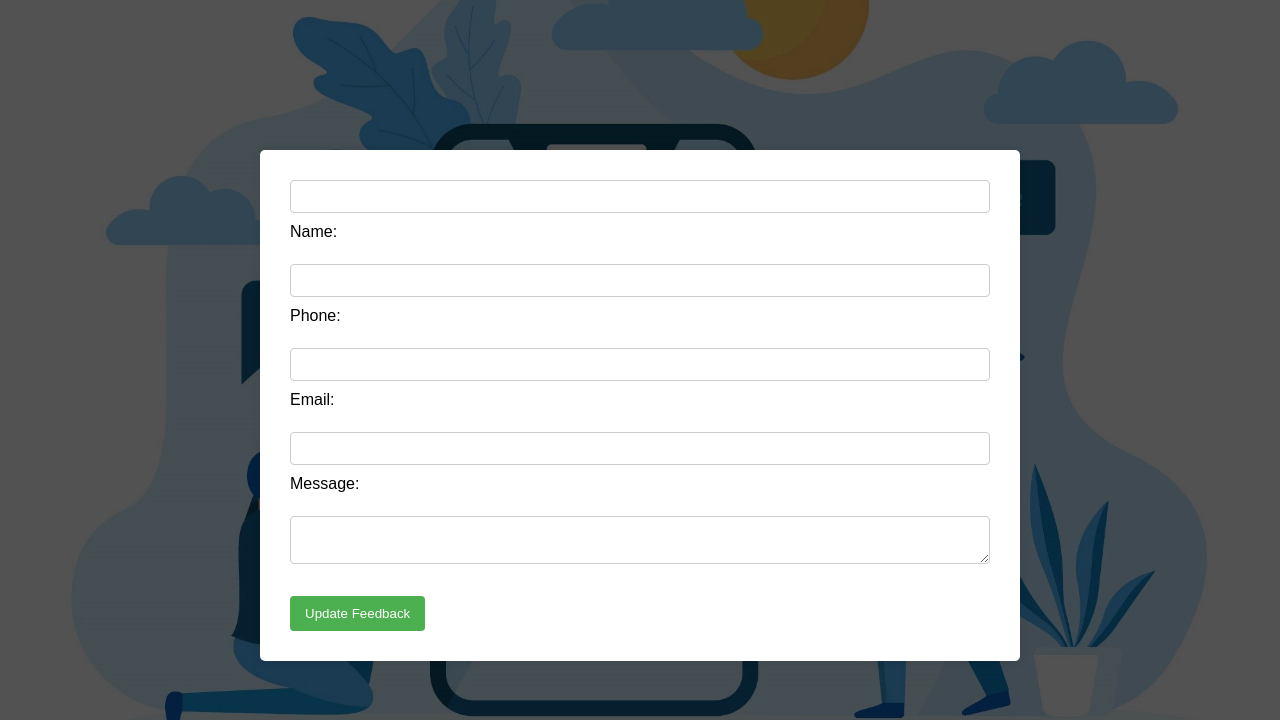
Repository: ARjayawickrama/laundry_management_system-Java
Page: http://localhost/laundry/update_feedback.jsp
These files come from the project's save history. The page is drawn as it stood at one moment and after the next save; the edit follows.
The browser window is 1280 px wide. The pictures show the whole page.
The page is served by Tomcat 9. Other server files are loaded and not shown.

Above is the page before, as saved 2024-04-21 16:39:57.

### Laundry_OOP/laundry/src/main/webapp/update_feedback.jsp
<!DOCTYPE html>
<html>
<head>
<meta charset="UTF-8">
<title>Update Feedback</title>
<style>
    body {
        font-family: Arial, sans-serif;
        background-color: #f4f4f4;
        margin: 0;
        padding: 0;
        margin-top: 150px;
         background: url('images/f1.jpg') no-repeat center center fixed;
             background-size: 100%;


    }
    h2 {
        color: #333;
        text-align: center;
    }
    form {

        max-width: 700px;
        margin: 20px auto;
        padding: 30px;
        background: #fff;
        border-radius: 5px;
        box-shadow: 0 0 10px rgba(0, 0, 0, 0.1);
    }
    label {
        display: block;
        margin-bottom: 5px;
    }
    input[type="text"],
    input[type="email"],
    textarea {
        width: 100%;
        padding: 8px;
        margin-bottom: 10px;
        border: 1px solid #ccc;
        border-radius: 4px;
        box-sizing: border-box;
    }
    input[type="submit"] {
        background-color: #4CAF50;
        color: white;
        padding: 10px 15px;
        border: none;
        border-radius: 4px;
        cursor: pointer;
    }
    input[type="submit"]:hover {
        background-color: #45a049;
    }
    div{
        top: 25%;
          position: absolute;
         left: 50%;

         transform: translateX(-50%);
         }
</style>
</head>
<body>
  <form action="UpdateFeed" method="post">
        <input type="text" name="id" value="${param.id}" />
        <label for="name">Name:</label><br>
        <input type="text" id="name" name="name" value="${param.name}" required><br>
        <label for="phone">Phone:</label><br>
        <input type="text" id="phone" name="phone" value="${param.phone}" required><br>
        <label for="email">Email:</label><br>
        <input type="email" id="email" name="email" value="${param.email}" required><br>
        <label for="message">Message:</label><br>
        <textarea id="message" name="message" required>${param.message}</textarea><br><br>
        <input type="submit" value="Update Feedback">
    </form>
    <br>
    <br>


</body>
</html>

After the next save:
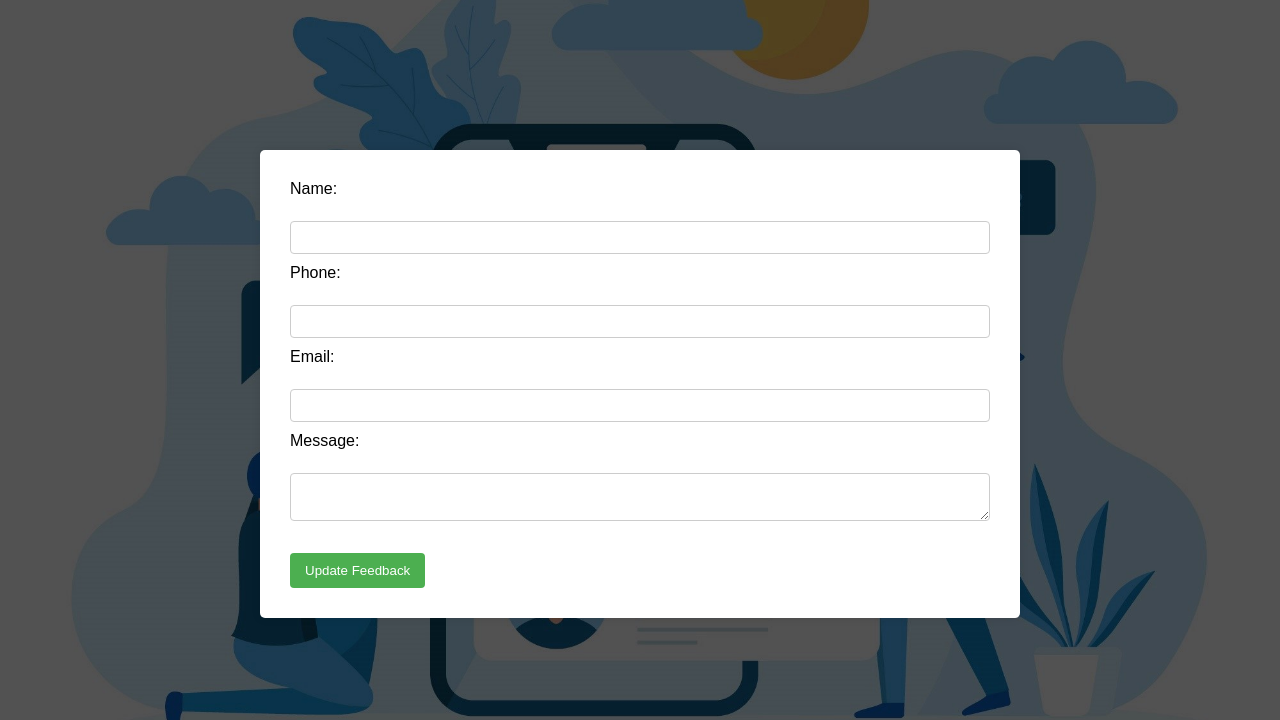
Saved 4 min 50 s later.
--- a/Laundry_OOP/laundry/src/main/webapp/update_feedback.jsp
+++ b/Laundry_OOP/laundry/src/main/webapp/update_feedback.jsp
@@ -64,7 +64,7 @@
 </head>
 <body>
   <form action="UpdateFeed" method="post">
-        <input type="text" name="id" value="${param.id}" />
+        <input type="hidden" name="id" value="${param.id}" />
         <label for="name">Name:</label><br>
         <input type="text" id="name" name="name" value="${param.name}" required><br>
         <label for="phone">Phone:</label><br>

After the save that followed:
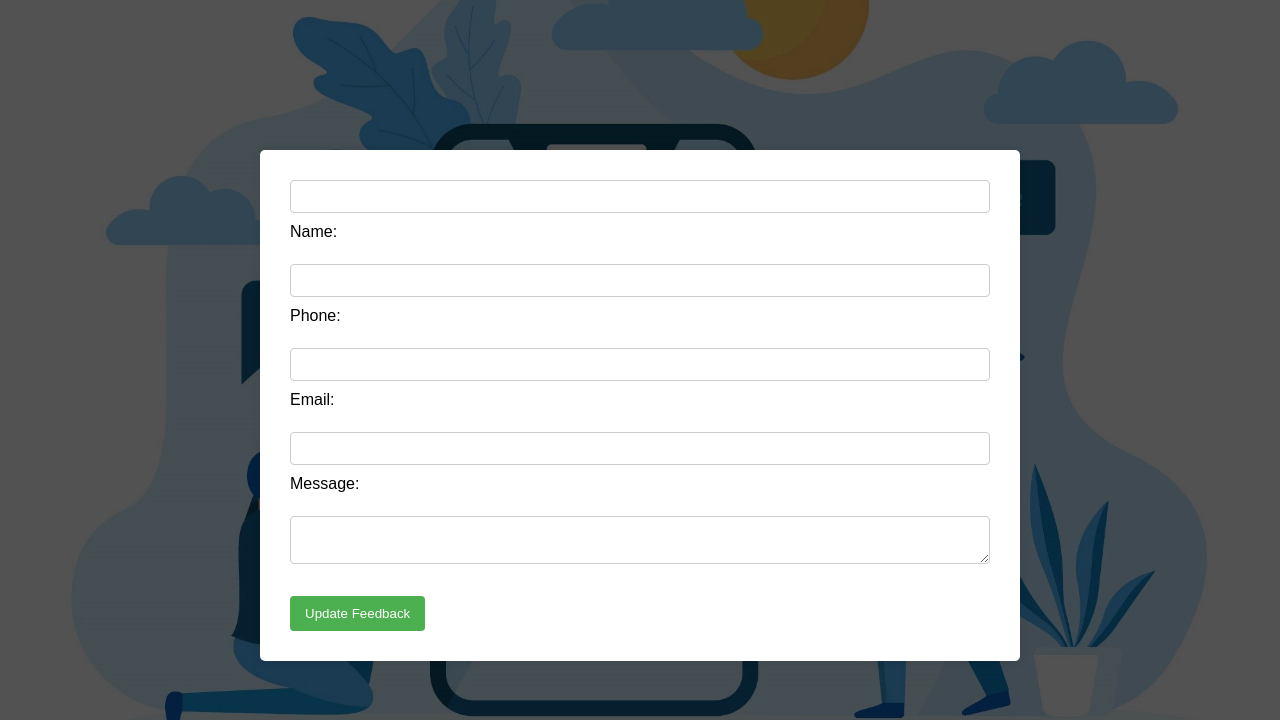
Saved 53 s later.
--- a/Laundry_OOP/laundry/src/main/webapp/update_feedback.jsp
+++ b/Laundry_OOP/laundry/src/main/webapp/update_feedback.jsp
@@ -64,7 +64,7 @@
 </head>
 <body>
   <form action="UpdateFeed" method="post">
-        <input type="hidden" name="id" value="${param.id}" />
+        <input type="text" name="id" value="${param.id}" >
         <label for="name">Name:</label><br>
         <input type="text" id="name" name="name" value="${param.name}" required><br>
         <label for="phone">Phone:</label><br>
